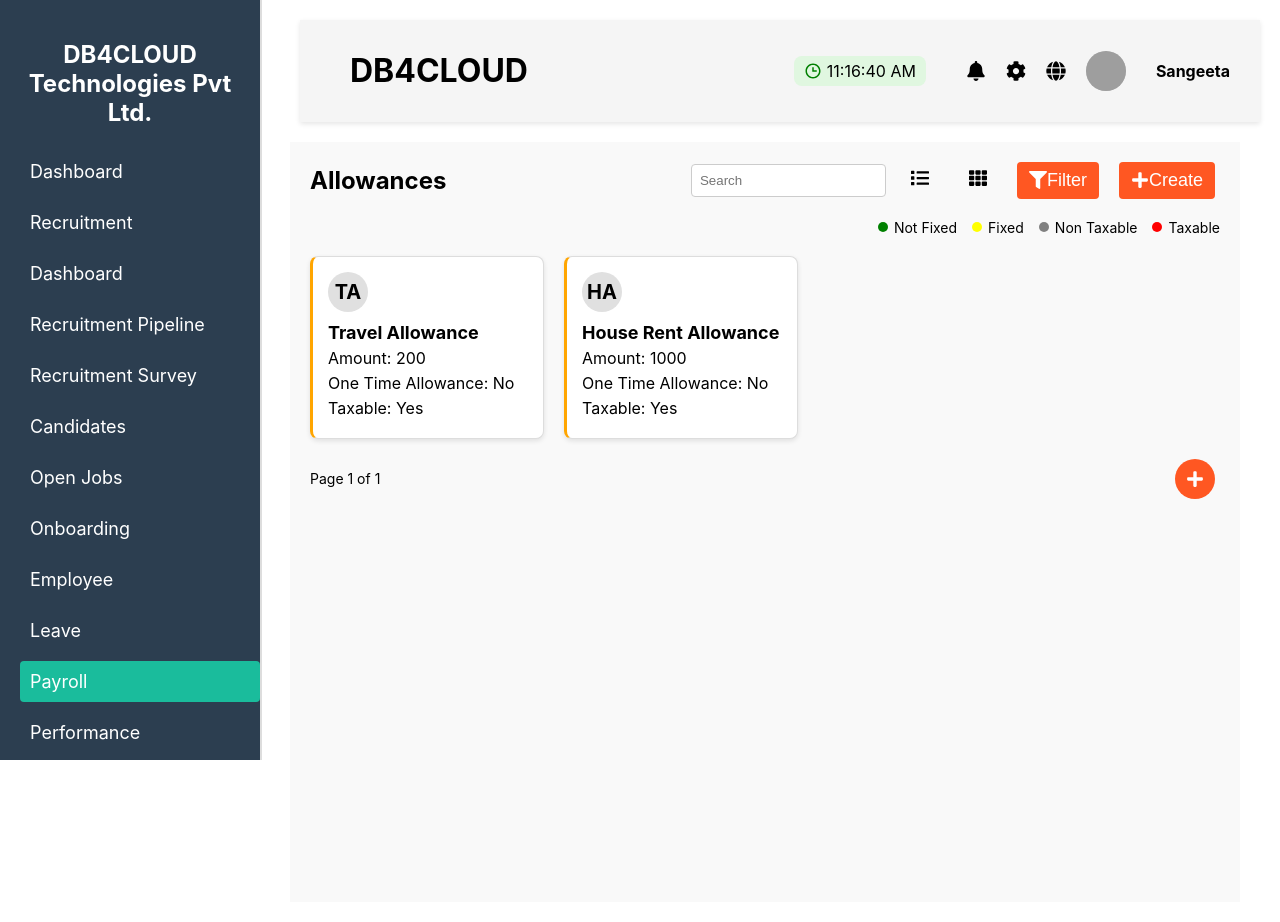
Repository: tinu-ns/Dev-code
Page: /payroll/allowances (app in HRMS-DEMO-Sang/hrms/)
These files come from the project's save history. The page is drawn as it stood at one moment and after the next save; the edit follows.
The browser window is 1280 px wide. The pictures show the whole page.
Pictures or frames that could not be fetched are drawn as grey boxes. The project was rebuilt for these pictures with package versions that can differ from the ones it lists, and the page was loaded fresh each time. Also part of the build but not shown: HRMS-DEMO-Sang/hrms/src/components/Dashboard.js, HRMS-DEMO-Sang/hrms/src/components/Recruitment/RecruitmentDashboard.js, HRMS-DEMO-Sang/hrms/src/components/Recruitment/RecruitmentPipeline.js, HRMS-DEMO-Sang/hrms/src/components/Payroll/Contract.js, HRMS-DEMO-Sang/hrms/src/components/Payroll/Deductions.js, HRMS-DEMO-Sang/hrms/src/components/Payroll/Payslips.js, HRMS-DEMO-Sang/hrms/src/components/Payroll/PayrollDashboard.js, HRMS-DEMO-Sang/hrms/src/components/MainContent.css and 3 more.

Above is the page before, as saved 2024-11-06 16:50:23.

After the next save:
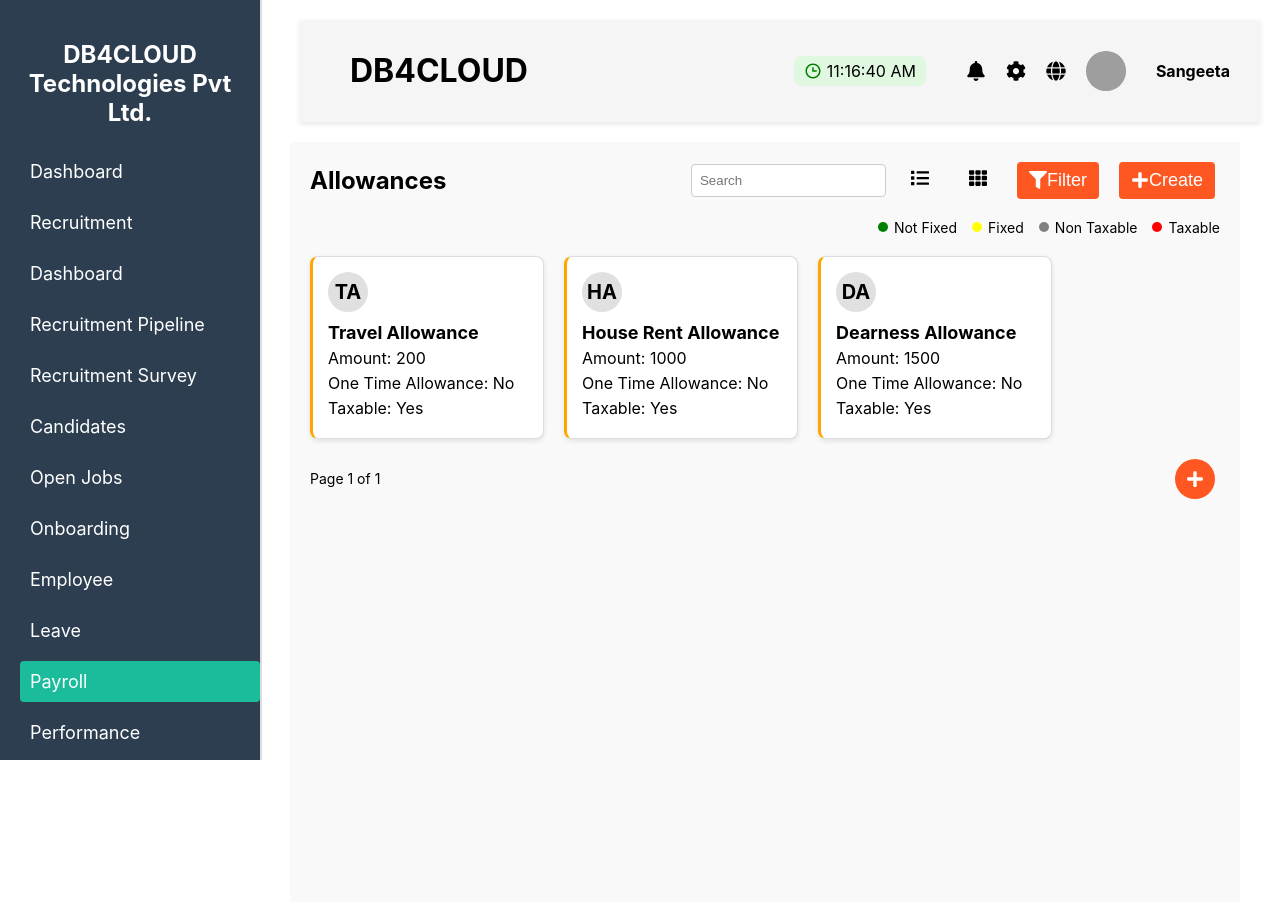
Saved 2 min 1 s later.
--- a/HRMS-DEMO-Sang/hrms/src/components/Payroll/Allowances.js
+++ b/HRMS-DEMO-Sang/hrms/src/components/Payroll/Allowances.js
@@ -5,7 +5,9 @@ import { FaSearch, FaList, FaTh, FaFilter, FaPlus, FaEdit, FaTrash } from 'react
 const allowancesData = [
   { id: 1, code: 'TA', name: 'Travel Allowance', amount: 200.0, oneTime: 'No', taxable: 'Yes', fixed: false },
   { id: 2, code: 'HA', name: 'House Rent Allowance', amount: 1000.0, oneTime: 'No', taxable: 'Yes', fixed: true },
+  { id: 3, code: 'DA', name: ' Dearness Allowance', amount: 1500.0, oneTime: 'No', taxable: 'Yes', fixed: true },
   // Add more allowance data here
+
 ];
 
 const Allowances = () => {
